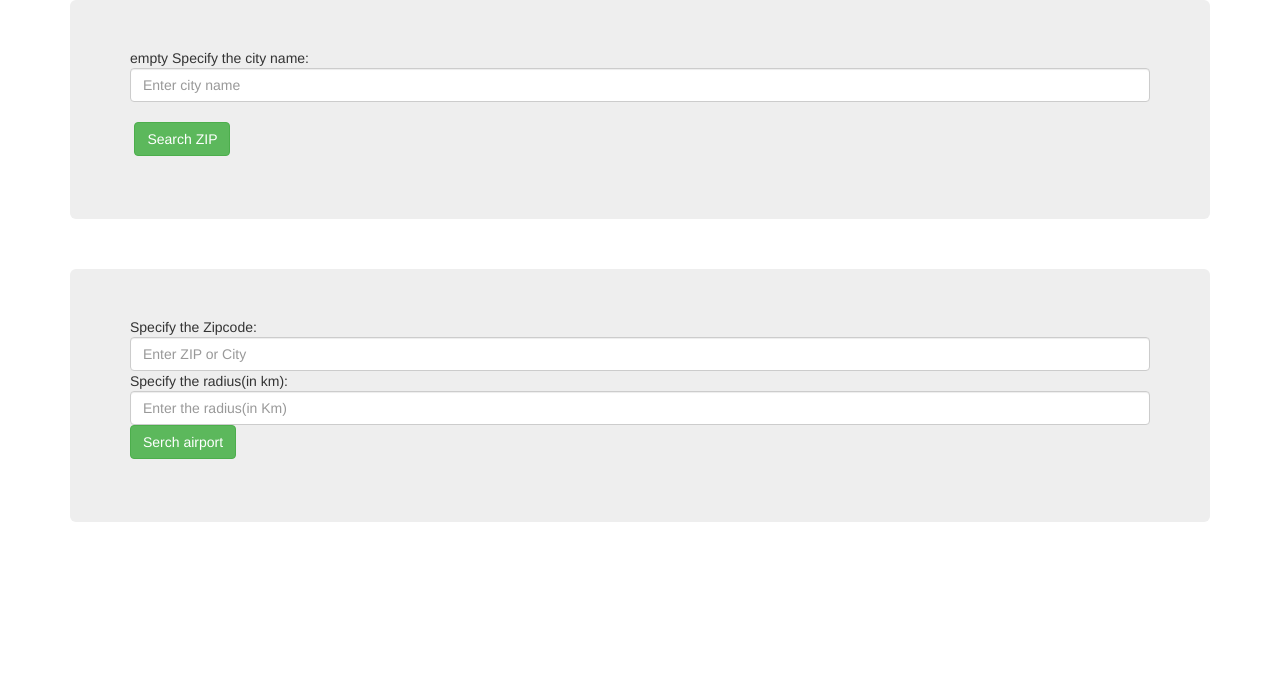
Repository: sjayach/CS320
Page: http://localhost/CS320/AirportDisplay
The author's editor kept a copy of each file at every save. The page is drawn from the files as they stood at one save, then again after the next save.
The browser window is 1280 px wide. The pictures show the whole page.
The page is served by Tomcat 9. Other server files are loaded and not shown. Queries for data that is not in the repository find no rows.

Above is the page before, as saved 2015-06-14 06:05:32.

### CS320/WebContent/WEB-INF/jsp/homework3/Airports.jsp
<%@ page language="java" contentType="text/html; charset=ISO-8859-1"
    pageEncoding="ISO-8859-1"%>
    <%@ taglib prefix="c" uri="http://java.sun.com/jsp/jstl/core" %>
<!DOCTYPE html PUBLIC "-//W3C//DTD HTML 4.01 Transitional//EN" "http://www.w3.org/TR/html4/loose.dtd">
<html>
<head>
<meta http-equiv="Content-Type" content="text/html; charset=ISO-8859-1">
<link rel="stylesheet" href="https://maxcdn.bootstrapcdn.com/bootstrap/3.3.4/css/bootstrap.min.css">

<title>Insert title here</title>

</head>
<body>




 <div class="container">
<div class="jumbotron">
	<form  class="form-horizontal" action="AirportDisplay" method=post>
	<c:if test="${empty phonetic }">
		<c:out value="empty"></c:out>
	</c:if>
		<datalist id="cities">
			<c:forEach items="${ phonetic}" var="cityPhonetic">
    			<option value="${cityPhonetic}">

    		</c:forEach>
  		</datalist>
	Specify the city name:
	<input  class="form-control" type="text" name="city_name" list="cities" placeholder="Enter city name">
	<br />
	<div class="form-group">
	&nbsp;&nbsp;&nbsp;&nbsp;&nbsp;<input class="btn btn-success" type="submit" value="Search ZIP" name="search_zip">
	</div>
	</form>
	</div>
	</div>
	<br />
	<div class="container">
	<div class="jumbotron">
	<form action="AirportDisplay" method=post>
		Specify the Zipcode:
		<input class="form-control" type="text" name="searchQuery" placeholder="Enter ZIP or City">
		Specify the radius(in km):
		<input class="form-control" type="text" name="distance" placeholder="Enter the radius(in Km)">
		<div class="form-group">
		<input class="btn btn-success" type="submit" value="Serch airport" name="search_airport">
		</div>
	</form>
	</div>
	</div>
	<c:if test="${not empty DisplayZip}">
		<div class="container">
			<table class="table table-bordered table-striped">
				<tr>
					<th>City</th>
					<th>ZipCode </th>
					<th>Map Thumbnail</th>
				</tr>
				<c:forEach items="${DisplayZip}" var="place" varStatus="stat">
					<tr>
						<td>${place.city}</td>
						<td>${place.zip}</td>
						<td><img alt="Map" src="https://maps.googleapis.com/maps/api/staticmap?&zoom=9&size=300x300&maptype=roadmap&markers=${place.latitude},${ place.longitude}"/></td>
					</tr>

				</c:forEach>
			</table>
		</div>
	</c:if>



	<c:if test="${not empty airports}">
		<div class="container">
			<table class="table table-bordered table-striped">
				<tr>
					<th>Airport</th>
					<th>Latitude</th>
					<th>Longitude</th>
					<th>Map Thumbnail</th>
				</tr>
				<c:forEach items="${ airports}" var="plot" varStatus="stat">
					<tr>
						<td>${plot.airport}</td>
						<td>${plot.latitude}</td>
						<td>${plot.longitude}</td>
						<td><img alt="Map" src="https://maps.googleapis.com/maps/api/staticmap?&zoom=9&size=300x300&maptype=roadmap&markers=${plot.latitude},${ plot.longitude}"/></td>


					</tr>
				</c:forEach>
			</table>

		</div>
	</c:if>

	<c:if test="${not empty cityAirport}">
		<div class="container">
			<table class="table table-bordered table-striped">
				<tr>
					<th>Airport</th>
				</tr>
				<c:forEach items="${cityAirport}" var="airport" varStatus="stat">
					<tr>
						<c:if test="${not empty airport}">
						<td>${airport}</td>
						</c:if>
					</tr>
				</c:forEach>
			</table>

		</div>
	</c:if>
	<c:if test="${not empty myVar}">
		<img alt="Map" src="https://maps.googleapis.com/maps/api/staticmap?&zoom=9&size=600x300&maptype=roadmap${myVar}">
	</c:if>
</body>
</html>

### CS320/src/homework3/AirportDisplay.java
package homework3;

import homework2.CS320User;

import java.io.IOException;
import java.sql.Connection;
import java.sql.Driver;
import java.sql.DriverManager;
import java.sql.ResultSet;
import java.sql.Statement;
import java.util.ArrayList;
import java.util.Arrays;
import java.util.HashSet;
import java.util.List;
import java.util.Set;

import javax.servlet.ServletContext;
import javax.servlet.ServletException;
import javax.servlet.annotation.WebServlet;
import javax.servlet.http.HttpServlet;
import javax.servlet.http.HttpServletRequest;
import javax.servlet.http.HttpServletResponse;

/**
 * Servlet implementation class AirportDisplay
 */
@WebServlet("/AirportDisplay")
public class AirportDisplay extends HttpServlet {
	private static final long serialVersionUID = 1L;
    private static int hit_counter = 0;

	public double calculateDistance(double lat1, double lon1, double lat2, double lon2) {


		double R = 6372.8;



        double dLat = Math.toRadians(lat2 - lat1);
        double dLon = Math.toRadians(lon2 - lon1);
        lat1 = Math.toRadians(lat1);
        lat2 = Math.toRadians(lat2);

        double a = Math.sin(dLat / 2) * Math.sin(dLat / 2) + Math.sin(dLon / 2) * Math.sin(dLon / 2) * Math.cos(lat1) * Math.cos(lat2);
        double c = 2 * Math.asin(Math.sqrt(a));
        return R * c;


	}


	public void init() throws ServletException {
		ServletContext context = this.getServletContext();
		if (context.getAttribute("PhoneticContext") == null) {
			String host = "cs3.calstatela.edu";
			String port = "3306";
			String dbName = "cs320stu47";
			String username = "cs320stu47";
			String password = "..7qX4#g";

			String url = "jdbc:mysql://" + host + ":" + port + "/" + dbName;

			try{
				// Dynamically include the MySQL Driver
				Class.forName("org.gjt.mm.mysql.Driver").newInstance();

				// Instantiate the Driver
				Driver driver = new org.gjt.mm.mysql.Driver();

				// Connect to the Database
				Connection connection =
						DriverManager.getConnection(url, username, password);

				// Create a Statement
				Statement statement = connection.createStatement();


				String phonetic_query = "SELECT city FROM zipcodes";
				ResultSet rs = statement.executeQuery(phonetic_query);
				List <String> phonetic = new ArrayList<String>();
				while ( rs.next() ){
					phonetic.add (rs.getString("city"));
				}
				Set<String> hs = new HashSet<>();
				hs.addAll(phonetic);
				phonetic.clear();
				phonetic.addAll(hs);
				System.out.println("phonetic" + phonetic.size());
				context.setAttribute("PhoneticContext", phonetic);
				connection.close();
			} catch(Exception e) {System.out.println("exception");}
		}
	}

	protected void doGet(HttpServletRequest request, HttpServletResponse response) throws ServletException, IOException {
		 ServletContext context = this.getServletContext();
		List<String> phonetic = (List<String>) context.getAttribute("PhoneticContext");
		request.setAttribute("phonetic", phonetic);
		request
		.getRequestDispatcher("/WEB-INF/jsp/homework3/Airports.jsp")
		.forward(request, response);
	}


	protected void doPost(HttpServletRequest request, HttpServletResponse response) throws ServletException, IOException {
		String host = "cs3.calstatela.edu";
		String port = "3306";
		String dbName = "cs320stu47";
		String username = "cs320stu47";
		String password = "..7qX4#g";

		String url = "jdbc:mysql://" + host + ":" + port + "/" + dbName;

		try{
			// Dynamically include the MySQL Driver
			Class.forName("org.gjt.mm.mysql.Driver").newInstance();

			// Instantiate the Driver
			Driver driver = new org.gjt.mm.mysql.Driver();

			// Connect to the Database
			Connection connection =
					DriverManager.getConnection(url, username, password);

			// Create a Statement
			Statement statement = connection.createStatement();

			// Create the Query

			ArrayList<AirportBean> zip_op =
					new ArrayList<AirportBean>();
			// Query the Database and get a reference to a Result Set
			if (request.getParameter("search_zip") != null ||
					request.getParameter("searchQuery") != null) {

				boolean isCity = true;
				String city_name = null;
				if (request.getParameter("searchQuery") != null) {
					try {
						int zip = Integer.parseInt(request.getParameter("searchQuery"));
						isCity = false;
					} catch(NumberFormatException e) {
						city_name = request.getParameter("searchQuery");
						isCity=true;
					}
				} else
					city_name=request.getParameter("city_name");

				if (isCity) {

					String query = "SELECT * FROM zipcodes WHERE city LIKE '%" + city_name + "%'";
					ResultSet resultSet = statement.executeQuery(query);

					while ( resultSet.next() ){
						String zip = resultSet.getString("zip");
						String city = resultSet.getString("city");
						double lat = resultSet.getDouble("latitude");
						double lon = resultSet.getDouble("longitude");
						zip_op.add(new AirportBean(zip, city, lat, lon));
					}
					if(request.getParameter("searchQuery") == null)
						request.setAttribute("DisplayZip", zip_op);
				}
			}


			if (request.getParameter("search_airport") != null) {
				String city;
				int zipcode = 0;
				boolean isZip;
				double distance = Double.parseDouble(request.getParameter("distance"));
				String airportQuery= "SELECT * FROM airports;";
				try {
					zipcode = Integer.parseInt(request.getParameter("searchQuery"));
					isZip = true;
				}
				catch(NumberFormatException e) {
					isZip = false;
				}




				if (isZip) {
					String queryname = "SELECT * FROM zipcodes WHERE zip=" + zipcode;
					System.out.println("Query" +queryname);
					ResultSet resultSet = statement.executeQuery(queryname);
					System.out.println("isZip " +isZip);
					double latitude = 0;
					double longitude = 0;

					while(resultSet.next()) {
						latitude = resultSet.getDouble("latitude");
						longitude = resultSet.getDouble("longitude");
					}

					ResultSet resultSet1 = statement.executeQuery(airportQuery);
					double airLat;
					double airLon;
					ArrayList<AirportBean> display_airport =
							new ArrayList<AirportBean>();
					while(resultSet1.next()) {
						airLat = resultSet1.getDouble("Latitude");
						airLon = resultSet1.getDouble("Longitude");
						String airport = resultSet1.getString("Airport");
						double km = calculateDistance(latitude, longitude, airLat, airLon);
						if (km <= distance){
							System.out.println("Airport " + airport + " Latitude " + airLat + " Longitude " +airLon);
							display_airport.add(new AirportBean(airport, airLat, airLon ));
						}
					}
					request.setAttribute("airports", display_airport);

				} else {
					double airLat;
					double airLon;
					ArrayList<AirportBean> display_airport =
							new ArrayList<AirportBean>();
					String [] airport_name = new String[2048];
					int i = 0;
					System.out.println("before "  + airportQuery);
					ResultSet resultSet1 = statement.executeQuery(airportQuery);
					System.out.println("Executed");
					while(resultSet1.next()) {
						airLat = resultSet1.getDouble("Latitude");
						airLon = resultSet1.getDouble("Longitude");
						String airport = resultSet1.getString("Airport");
						System.out.println("airport is " +airport +airLat+airLon);
						display_airport.add(new AirportBean(airport, airLat, airLon ));
					}

					for(AirportBean zip : zip_op) {
						for(AirportBean air : display_airport) {
							double km = calculateDistance(zip.latitude, zip.longitude, air.latitude, air.longitude);
							if (km <= distance) {

										airport_name[i] = air.airport;
										i++;

							}
						}
					}
					// Remove the duplicate entries of airport
				    Set<String> stringSet = new HashSet<>(Arrays.asList(airport_name));
				    String[] filteredArray = stringSet.toArray(new String[0]);
					for(i=0; i <filteredArray.length; i++)
						System.out.println( i +"Airport" +filteredArray[i]);
					request.setAttribute("cityAirport", filteredArray);

				}
			}
			connection.close();

		}catch(Exception e){};
		doGet(request,response);
	}

}

After the next save:
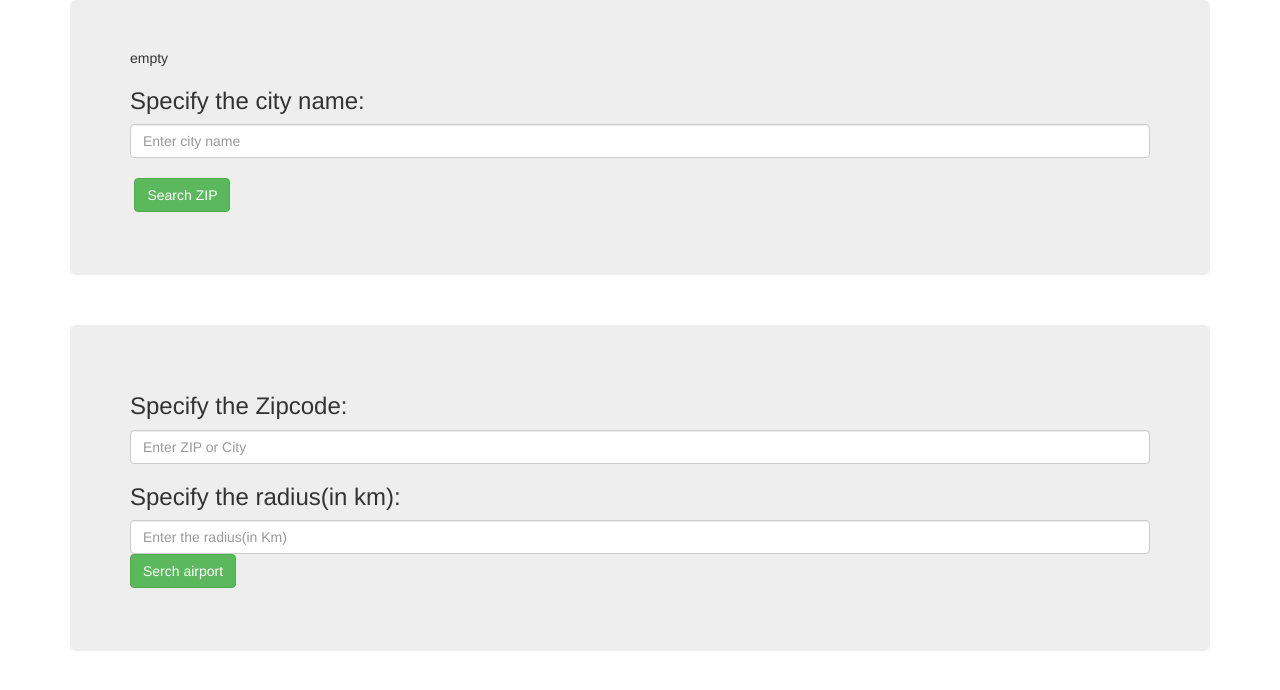
Saved 74 s later.
--- a/CS320/WebContent/WEB-INF/jsp/homework3/Airports.jsp
+++ b/CS320/WebContent/WEB-INF/jsp/homework3/Airports.jsp
@@ -27,7 +27,7 @@
 
     		</c:forEach>
   		</datalist>
-	Specify the city name:
+	<h3>Specify the city name:</h3>
 	<input  class="form-control" type="text" name="city_name" list="cities" placeholder="Enter city name">
 	<br />
 	<div class="form-group">
@@ -40,9 +40,9 @@
 	<div class="container">
 	<div class="jumbotron">
 	<form action="AirportDisplay" method=post>
-		Specify the Zipcode:
+		<h3>Specify the Zipcode:</h3>
 		<input class="form-control" type="text" name="searchQuery" placeholder="Enter ZIP or City">
-		Specify the radius(in km):
+		<h3>Specify the radius(in km):</h3>
 		<input class="form-control" type="text" name="distance" placeholder="Enter the radius(in Km)">
 		<div class="form-group">
 		<input class="btn btn-success" type="submit" value="Serch airport" name="search_airport">
